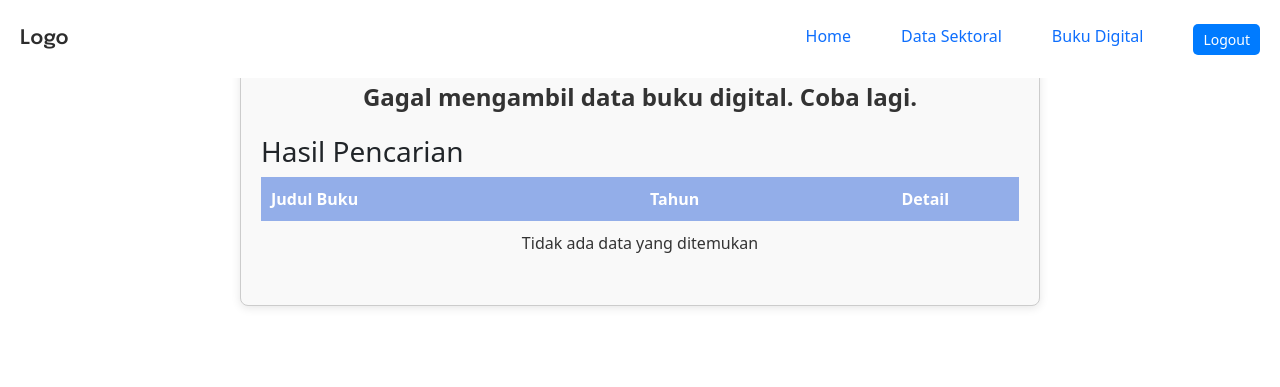
Repository: nida463/Website-PKL
Page: /buku-digital
The author's editor kept a copy of each file at every save. The page is drawn from the files as they stood at one save, then again after the next save.
The browser window is 1280 px wide. The pictures show the whole page.
The page's requests for data from a server got no answer. The project was rebuilt for these pictures with package versions that can differ from the ones it lists, and the page was loaded fresh each time. No one was signed in, and anything a server would have sent is missing. Also part of the build but not shown: src/Components/auth/Login.js, src/Components/organisms/Navbar.js, src/Components/atoms/Lable.js, src/Components/molecules/header/BrandingSection.js, src/Components/molecules/header/BodyTextH.js, src/Components/atoms/Button.js, src/Components/molecules/header/ButonContact.js, src/Components/atoms/Image.js and 24 more.

Above is the page before, as saved 2024-10-15 15:19:26.

After the next save:
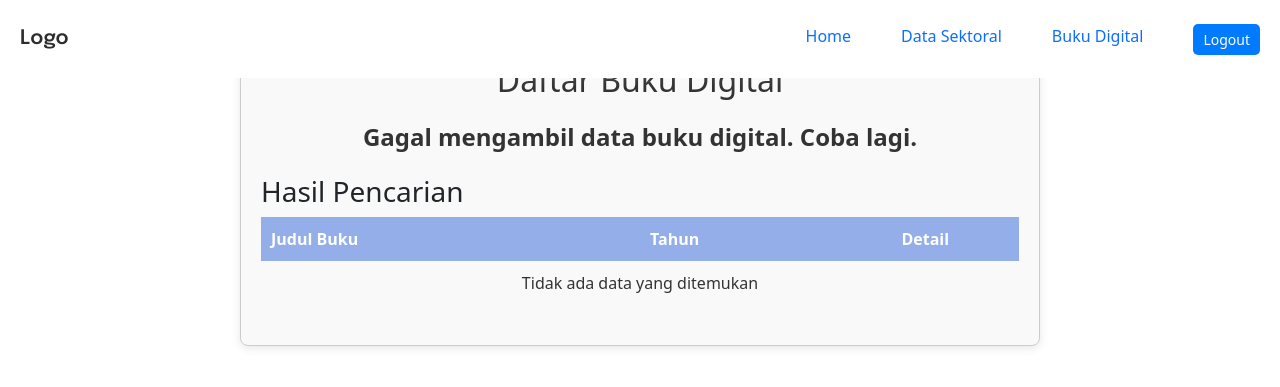
Saved 7 min 26 s later.
--- a/src/styles/Sektoral.css
+++ b/src/styles/Sektoral.css
@@ -12,7 +12,7 @@
 
 .sektoral-title {
     text-align: center;
-    margin-bottom: 20px;
+    margin: 40px 0 20px; /* Mengatur jarak atas untuk menghindari overlap dengan navbar */
     color: #333;
 }
 
